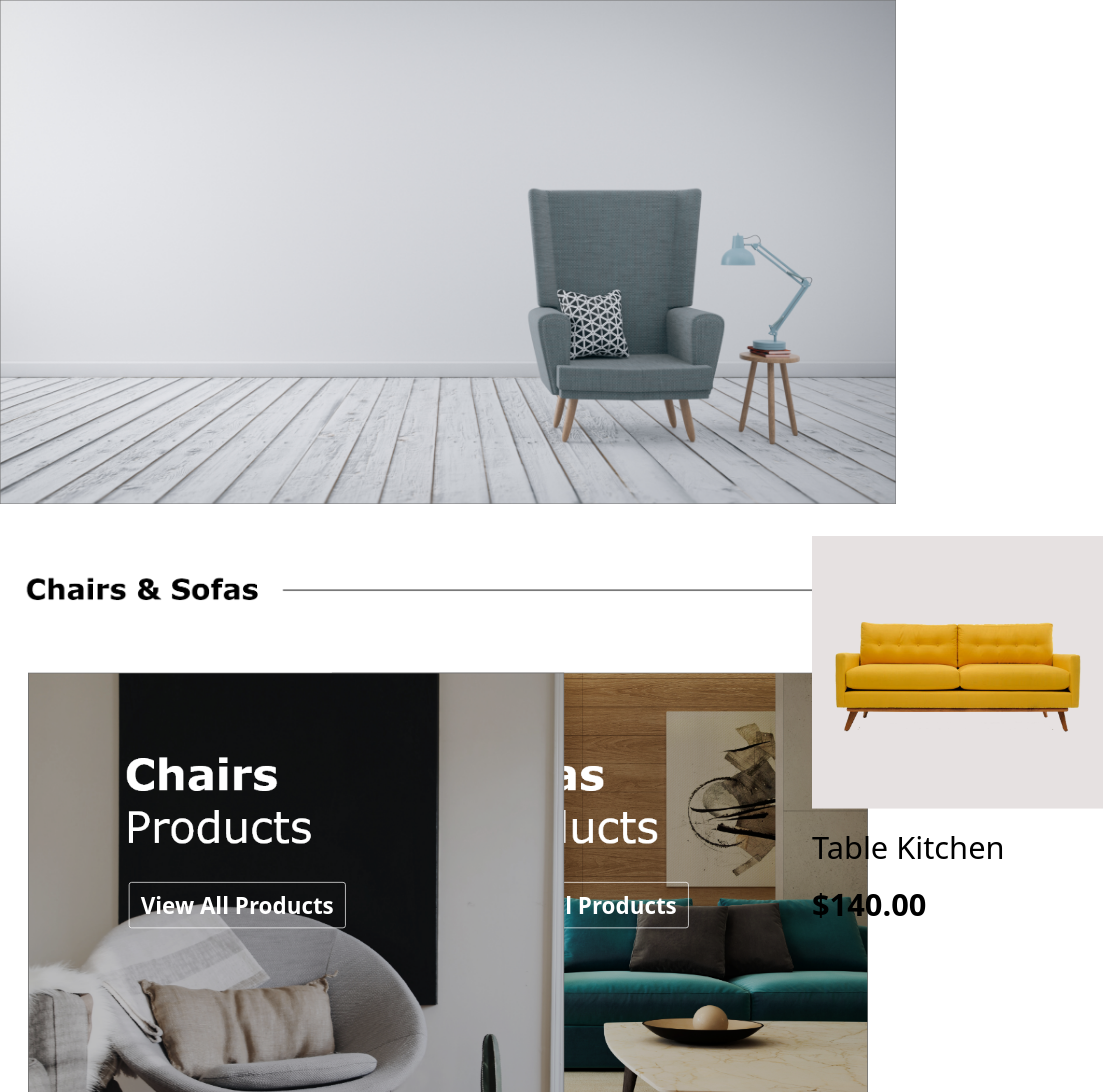
Repository: MEROO1010/creative_home
Page: /
The author's editor kept a copy of each file at every save. The page is drawn from the files as they stood at one save, then again after the next save.
The browser window is 1280 px wide. The page is 1576 px wide, so the pictures cover 1576 px, including what lies to the right of the window. The pictures show the part of the page from y = 0 to 1560 px (the page is 4446 px tall), at 70% of full size.
The project was rebuilt for these pictures with package versions that can differ from the ones it lists, and the page was loaded fresh each time. The framework's server and built-in components were replaced by stand-ins that run in the browser. Also part of the build but not shown: next.config.js.

Above is the page before, as saved 2022-12-14 10:14:04.

### pages/_app.tsx
import '../styles/globals.css'
import type { AppProps } from 'next/app'

export default function App({ Component, pageProps }: AppProps) {
  return <Component {...pageProps} />


}

### pages/index.tsx
import styles from '../styles/Home.module.css'
import Firstsection from '../components/Firstsection'
import Chair_Sofa from '../components/Chair_Sofa'
import SpecialOffer from '../components/SpecialOffer'
import TrendingProducts from '../components/TrendingProducts'



export default function Home() {
  return (
    <div className='overflow-y-auto'>

    <div>
      <Firstsection/>

      <Chair_Sofa/>

      <SpecialOffer/>
      <TrendingProducts/>





    </div>



    </div>

  )
}

### styles/globals.css
@tailwind base;
@tailwind components;
@tailwind utilities;

@font-face {
    font-family: "verdana";
    src: url('../assets/fonts/verdana.ttf');
    font-weight: normal;
    font-style: normal;
  }

  @font-face {
    font-family: "schuyler";
    src: url('../assets/fonts/Schuyler.ttf');
    font-weight: normal;
    font-style: normal;
  }

### components/Firstsection.tsx
import React from 'react'
import Image from 'next/image'
import first_img from '../assets/images/first_img.png'


const firstsection = () => {
  return (
    <div>
      <Image src={first_img} alt={''}/>
    </div>
  )
}

export default firstsection

### components/Chair_Sofa.tsx
import React from 'react'
import Image from 'next/image'

import Title1 from '../assets/images/title1.png'
import righBtn from '../assets/images/btn-r.png'
import leftBtn from '../assets/images/btn-l.png'




const Chair_Sofa = () => {
  return (
    <div className='my-10  pb-32  static '>
     <div className='my-20 py-4'>
     <Image src={Title1} alt={''}/>
     </div>

     <div className=" absolute   	 right-10	     ">
      <Image src={righBtn} alt={''}/>
      <div className="absolute bottom-60   left-40 mx-10 my-28 bg-transparent hover:bg-gray-500 text-white  text-[32px] font-semibold hover:text-white py-2 px-4 border border-white hover:border-transparent rounded w-394 h-82   "><button>View All Products</button></div>
     </div>

     <div className=" absolute left-10  ">
      <Image src={leftBtn} alt={''}/>
      <div className="absolute bottom-60   left-20 mx-16 my-28 bg-transparent hover:bg-gray-500 text-white  text-[32px] font-semibold hover:text-white py-2 px-4 border border-white hover:border-transparent rounded w-394 h-82   "><button>View All Products</button></div>
     </div>

      <div>

      </div>

   </div>
  )
}

export default Chair_Sofa

### components/SpecialOffer.tsx
import React from 'react'
import Image from 'next/image'
import specialOffer from '../assets/images/specialOffer.png'
import sofa2 from '../assets/images/sofa2.png'
import image2 from '../assets/images/img2.png'




const SpecialOffer = () => {
  return (
    <div className='bottom-100'>
      <div className="relative bg-[#E6E1E1]  py-10    my-80  top-80    ">
        <div className=' py-4 my-4 top-20'>
          <Image src={specialOffer} alt=''/>

         </div>

         <div className='  absolute	left-80 ml-80 mt-20 pl-44  '>
          <Image src={sofa2} alt=''/>

         </div>

         <div className='static mt-40 pl-8	'>
          <Image src={image2} alt=''/>
          <button className=' relative bg-transparent hover:bg-red-500 text-[28px] text-red-700 font-semibold hover:text-white py-4 px-8 border border-red-500 hover:border-transparent rounded mx-40 my-50 bottom-40 w-80 h-20'>shop Now</button>
         </div>
    </div>
    </div>
  )
}

export default SpecialOffer

### components/TrendingProducts.tsx
import React from 'react'
import Image from 'next/image'
import Trending_Products from '../assets/images/trending-products.png'
import Shopping from  '../assets/images/shopping-btn.png'
import Tablekitchen from '../assets/images/Table_Kitchen.png'
import chair1 from '../assets/images/Chair No-arms.png'
import brownSofa from '../assets/images/Brown_Chouch.png'
import yellowsofa from '../assets/images/Yellow_Sofa.png'
import woodchair from '../assets/images/Wood_Chair.png'
import modrenchair from '../assets/images/Modern_Sofa.png'



const TrendingProducts = () => {
  return (
    <div>
     <div className='pt-24'>
        <Image src={Trending_Products} alt=''/>
     </div>

     <div >
      {/*table kitchen */}
     <div className=' absolute ml-80 mt-12 pl-80  left-80'>
       <div className='ml-36 pl-14'>
       <Image src={Tablekitchen} alt=''/>
       <h1 className='text-[44px]  mt-4  font-verdana'>Table Kitchen</h1>
       <h1 className='text-[44px]  mt-4  font-verdana font-bold'>$140.00</h1>
       <button className=' relative ml-80 my-4  pl-24 bottom-20 '><Image src={Shopping} alt=''/> </button>
       </div>
     </div>
       {/*chair noe arms */}
     <div className=' absolute ml-28 mt-12 pl-10  left-20'>
       <div className='ml-80 pl-14'>
       <Image src={chair1} alt=''/>
       <h1 className='text-[44px]  mt-4  font-verdana'>Table Kitchen</h1>
       <h1 className='text-[44px]  mt-4  font-verdana font-bold'>$140.00</h1>
       <button className=' relative ml-80 my-4  pl-24 bottom-20 '><Image src={Shopping} alt=''/> </button>
       </div>
     </div>

      {/*brown chouch */}
      <div className='absolute ml-4 mt-12 pl-2  left-70'>
       <div className='ml-10   '>
       <Image src={brownSofa} alt=''/>
       <h1 className='text-[44px]  mt-4  font-verdana'>Table Kitchen</h1>
       <h1 className='text-[44px]  mt-4  font-verdana font-bold'>$140.00</h1>
       <button className=' relative ml-80 my-4  pl-24 bottom-20 '><Image src={Shopping} alt=''/> </button>
       </div>
     </div>

     {/*yellow sofa */}
     <div className=' absolute ml-80 mt-60 pl-80 pt-40 top-10  left-80'>
       <div className='ml-36 pl-14 mt-80 '>
       <Image src={yellowsofa} alt=''/>
       <h1 className='text-[44px]  mt-4  font-verdana'>Table Kitchen</h1>
       <h1 className='text-[44px]  mt-4  font-verdana font-bold'>$140.00</h1>
       <button className=' relative ml-80 my-4  pl-24 bottom-20 '><Image src={Shopping} alt=''/> </button>
       </div>
     </div>

     {/*wood chair */}
     <div className=' absolute ml-28 mt-80 pl-10 pt-24  left-20'>
       <div className='ml-80 pl-14 pt-80 '>
       <Image src={woodchair} alt=''/>
       <h1 className='text-[44px]  mt-4  font-verdana'>Table Kitchen</h1>
       <h1 className='text-[44px]  mt-4  font-verdana font-bold'>$140.00</h1>
       <button className=' relative ml-80 my-4  pl-24 bottom-20 '><Image src={Shopping} alt=''/> </button>
       </div>
     </div>


     </div>
    </div>
  )
}

export default TrendingProducts

### tailwind.config.js
/** @type {import('tailwindcss').Config} */
module.exports = {
  content: [
    "./pages/**/*.{js,ts,jsx,tsx}",
    "./components/**/*.{js,ts,jsx,tsx}",
  ],
  theme: {

    extend: {
      fontFamily:{
        "verdana":['../assets/fonts/verdana.ttf'],
        "schuyler":['../assets/fonts/Schuyler.ttf']
      }
    },
  },
  plugins: [],
}

After the next save:
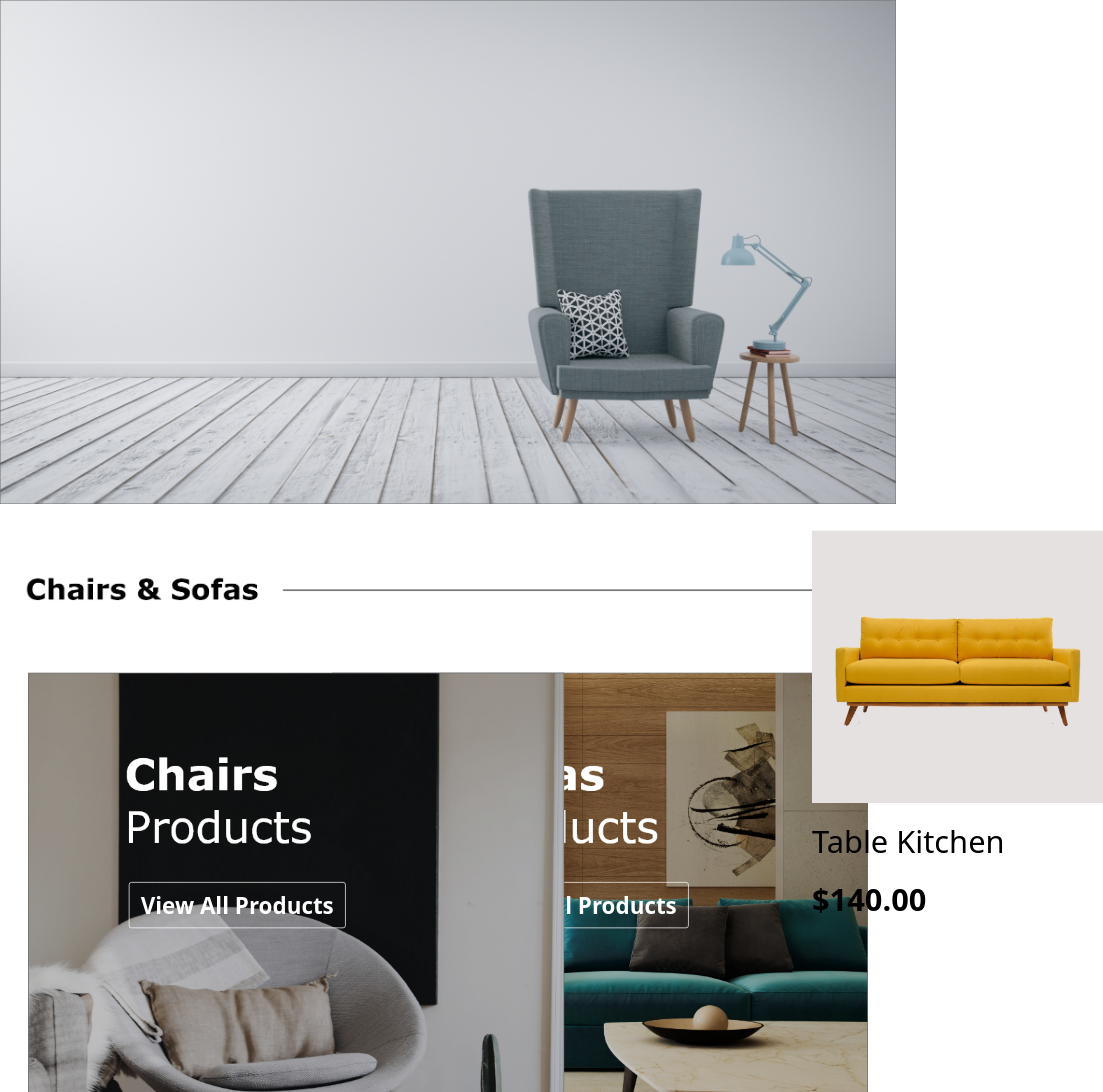
Saved 5 s later.
--- a/components/TrendingProducts.tsx
+++ b/components/TrendingProducts.tsx
@@ -49,7 +49,7 @@ const TrendingProducts = () => {
      </div>
 
      {/*yellow sofa */}
-     <div className=' absolute ml-80 mt-60 pl-80 pt-40 top-10  left-80'>
+     <div className=' absolute ml-80 mt-60 pl-80 pt-40 top-8  left-80'>
        <div className='ml-36 pl-14 mt-80 '>
        <Image src={yellowsofa} alt=''/>
        <h1 className='text-[44px]  mt-4  font-verdana'>Table Kitchen</h1>
